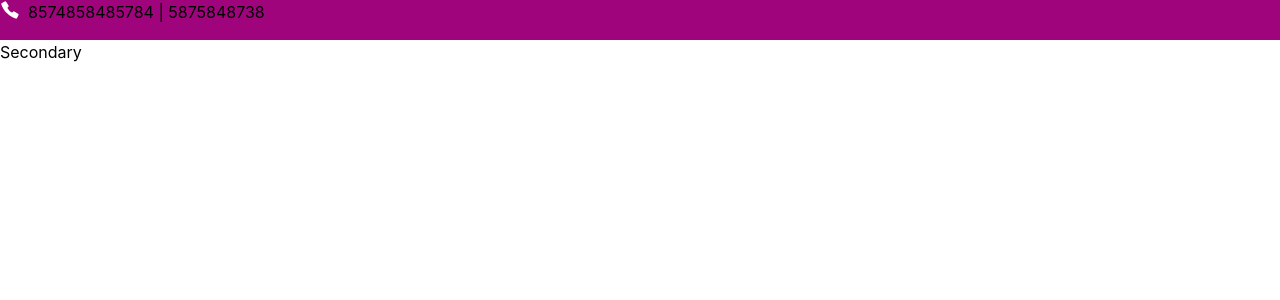
Repository: Sushant203/react-training-
Page: /
These files come from the project's save history. The page is drawn as it stood at one moment and after the next save; the edit follows.
The browser window is 1280 px wide. The pictures show the whole page.
The project was rebuilt for these pictures with package versions that can differ from the ones it lists, and the page was loaded fresh each time. Also part of the build but not shown: src/App.css, src/components/LowerNav.jsx, src/components/UpperNav.jsx.

Above is the page before, as saved 2022-12-19 09:27:23.

### src/App.js

import './App.css';
import LowerNav from './components/LowerNav';
import UpperNav from './components/UpperNav';
import Layout from './Hoc/Layout/Layout'

function App() {
  return (
    <div>
     <Layout />
    </div>
  );
}

export default App;

### src/Hoc/Layout/Layout.jsx
import React from "react";
import Toolbar from "../../components/Naviagtion/Toolbar/index";

function Layout() {
  return (
    <div>
      {/* toolbar */}
      <Toolbar />
    </div>
  );
}

export default Layout;

### src/components/Naviagtion/Toolbar/index.jsx
import React from "react";
import Header from "./header";
import Secondary from "./Secondary";

function Index() {
  return (
    <div className="h-10 bg-red-400 w-screen">
      <Header />
      <Secondary />
    </div>
  );
}

export default Index;

### src/components/Naviagtion/Toolbar/header.jsx
import React from "react";
import { IoCallSharp } from "react-icons/io5";
function Header() {
  return (
    <div className="h-10 bg-mainColor w-full">
      <div>
        <div className="flex gap-2">
          <IoCallSharp className="text-xl text-white" />
          8574858485784 | 5875848738
        </div>
      </div>
    </div>
  );
}

export default Header;

### src/components/Naviagtion/Toolbar/Secondary.jsx
import React from "react";

function Secondary() {
  return <div>Secondary</div>;
}

export default Secondary;

### tailwind.config.js
/** @type {import('tailwindcss').Config} */
module.exports = {
  content: [
    "./src/**/*.{js,jsx,ts,tsx}",
  ],
  theme: {
    extend: {
      colors:{
        mainColor:'#A0047D'
      }
    },
  },
  plugins: [],
}

Loaded but not shown: public/index.html (common file); src/index.js (common file); src/index.css (common file); src/reportWebVitals.js (common file)

After the next save:
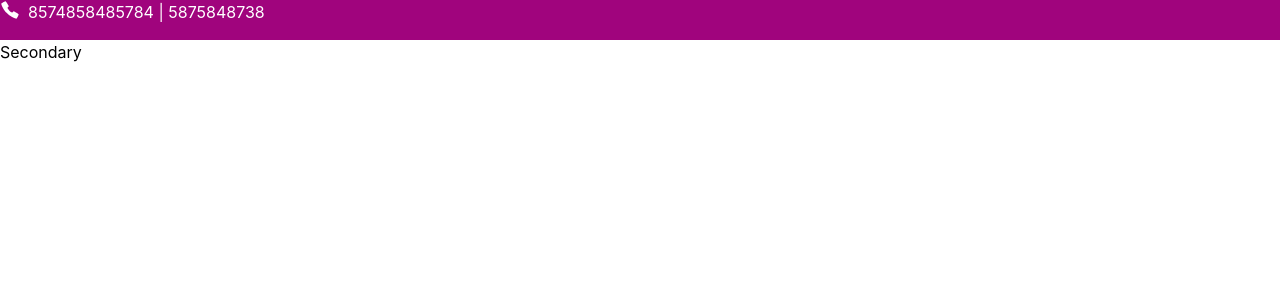
Saved 11 s later.
--- a/src/components/Naviagtion/Toolbar/header.jsx
+++ b/src/components/Naviagtion/Toolbar/header.jsx
@@ -4,7 +4,7 @@ function Header() {
   return (
     <div className="h-10 bg-mainColor w-full">
       <div>
-        <div className="flex gap-2">
+        <div className="flex gap-2 text-white">
           <IoCallSharp className="text-xl text-white" />
           8574858485784 | 5875848738
         </div>
